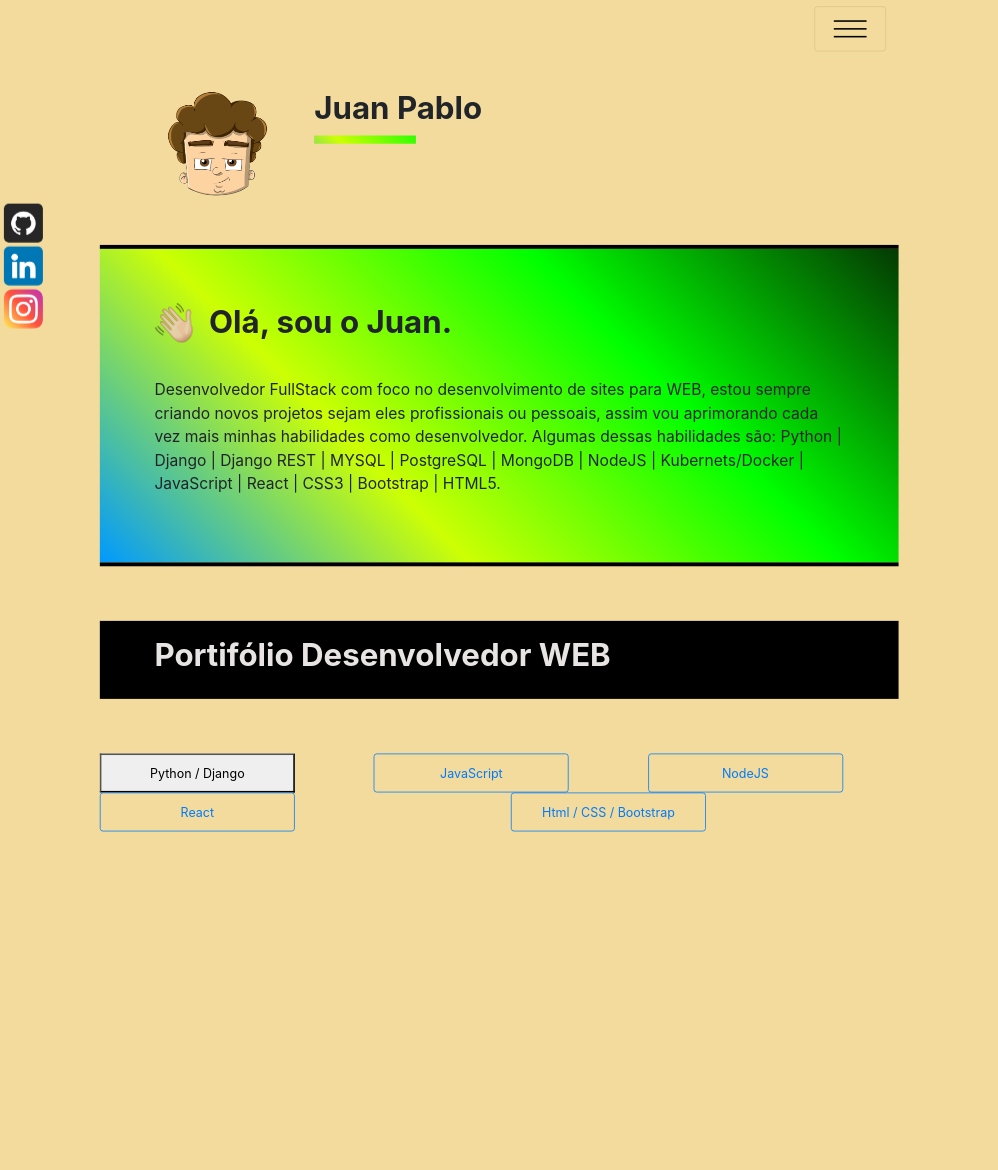
Repository: JuanPabloDS/portifolio
Page: http://localhost/
An editor plug-in stored every save of this project. The page is shown before and after the next save, followed by the edit.
The browser window is 1280 px wide. The pictures show the whole page, at 78% of full size.
The page is served by the project's application, run on Django 4.2 (manage.py).

Above is the page before, as saved 2023-02-23 11:05:53.

After the next save:
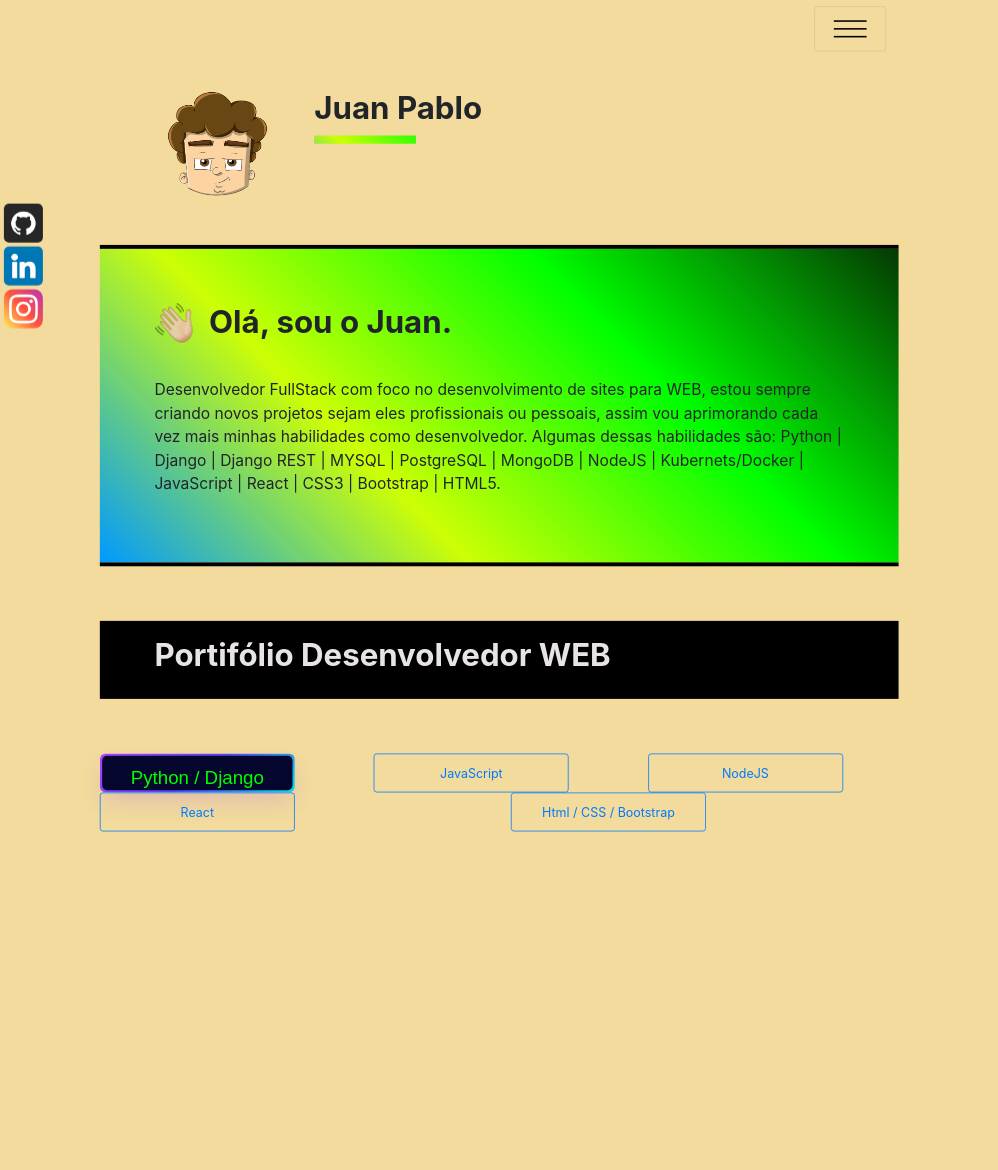
Saved 36 s later.
--- a/core/static/css/style.css
+++ b/core/static/css/style.css
@@ -372,3 +372,53 @@ body{
 .but-1 {
     color: #00ff00;
 }
+
+/* CSS */
+.button-64 {
+  align-items: center;
+  background-image: linear-gradient(144deg,#AF40FF, #5B42F3 50%,#00DDEB);
+  border: 0;
+  border-radius: 8px;
+  box-shadow: rgba(151, 65, 252, 0.2) 0 15px 30px -5px;
+  box-sizing: border-box;
+  color: #00ff00;
+  display: flex;
+  font-family: Phantomsans, sans-serif;
+  font-size: 20px;
+  justify-content: center;
+  line-height: 1em;
+  max-width: 100%;
+  min-width: 140px;
+  padding: 3px;
+  text-decoration: none;
+  user-select: none;
+  -webkit-user-select: none;
+  touch-action: manipulation;
+  white-space: nowrap;
+  cursor: pointer;
+}
+
+.button-64:active,
+.button-64:hover {
+  outline: 0;
+}
+
+.button-64 span {
+  background-color: rgb(5, 6, 45);
+  padding: 16px 24px;
+  border-radius: 6px;
+  width: 100%;
+  height: 100%;
+  transition: 300ms;
+}
+
+.button-64:hover span {
+  background: none;
+}
+
+@media (min-width: 768px) {
+  .button-64 {
+    font-size: 24px;
+    min-width: 196px;
+  }
+}
